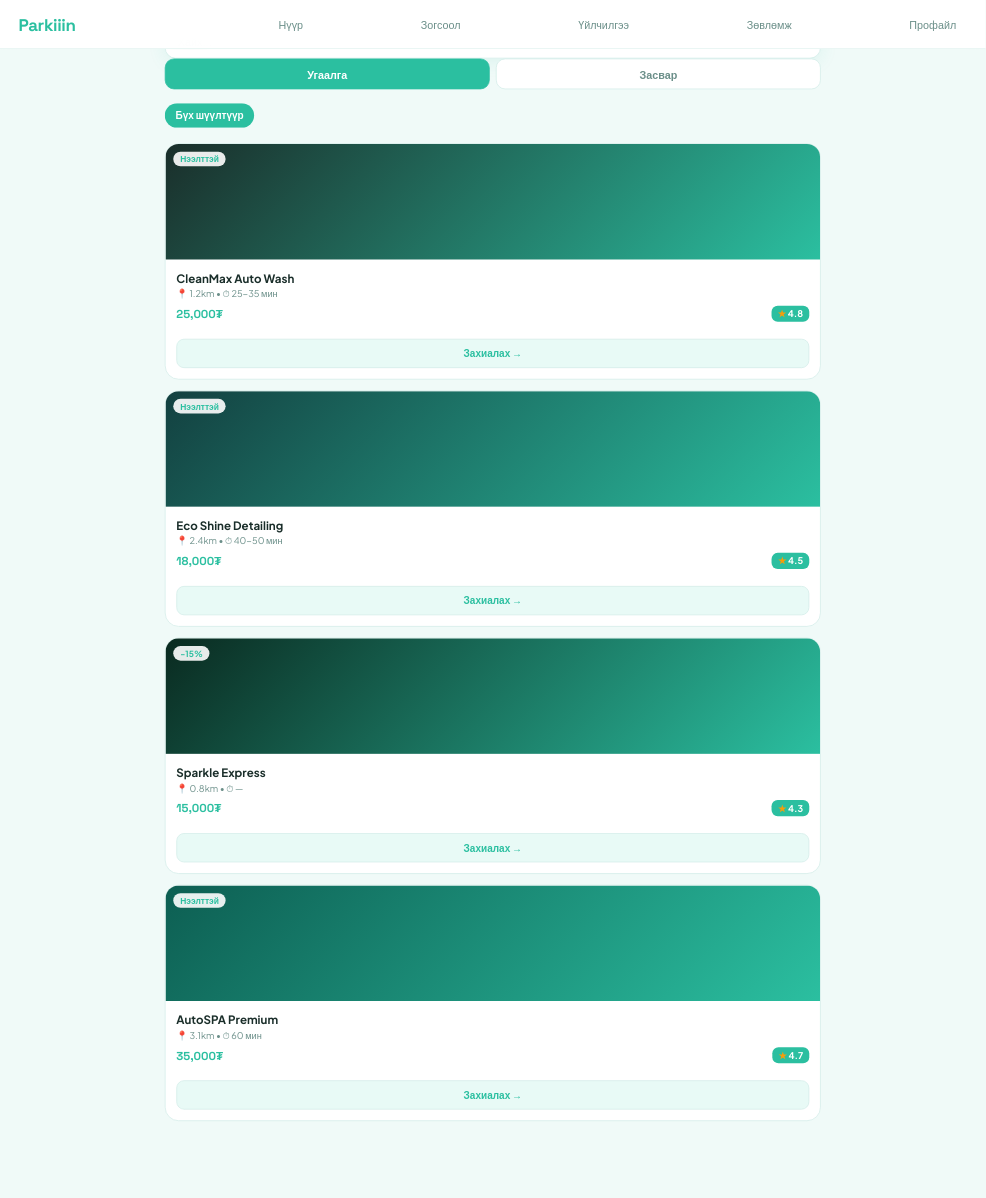
Repository: Enkhush03/Parkiiin_final
Page: / (app in frontend/)
The author's editor kept a copy of each file at every save. The page is drawn from the files as they stood at one save, then again after the next save.
The browser window is 1280 px wide. The pictures show the whole page, at 77% of full size.
The project was rebuilt for these pictures with package versions that can differ from the ones it lists, and the page was loaded fresh each time. Also part of the build but not shown: frontend/vite.config.js.

Above is the page before, as saved 2026-05-04 22:52:39.

After the next save:
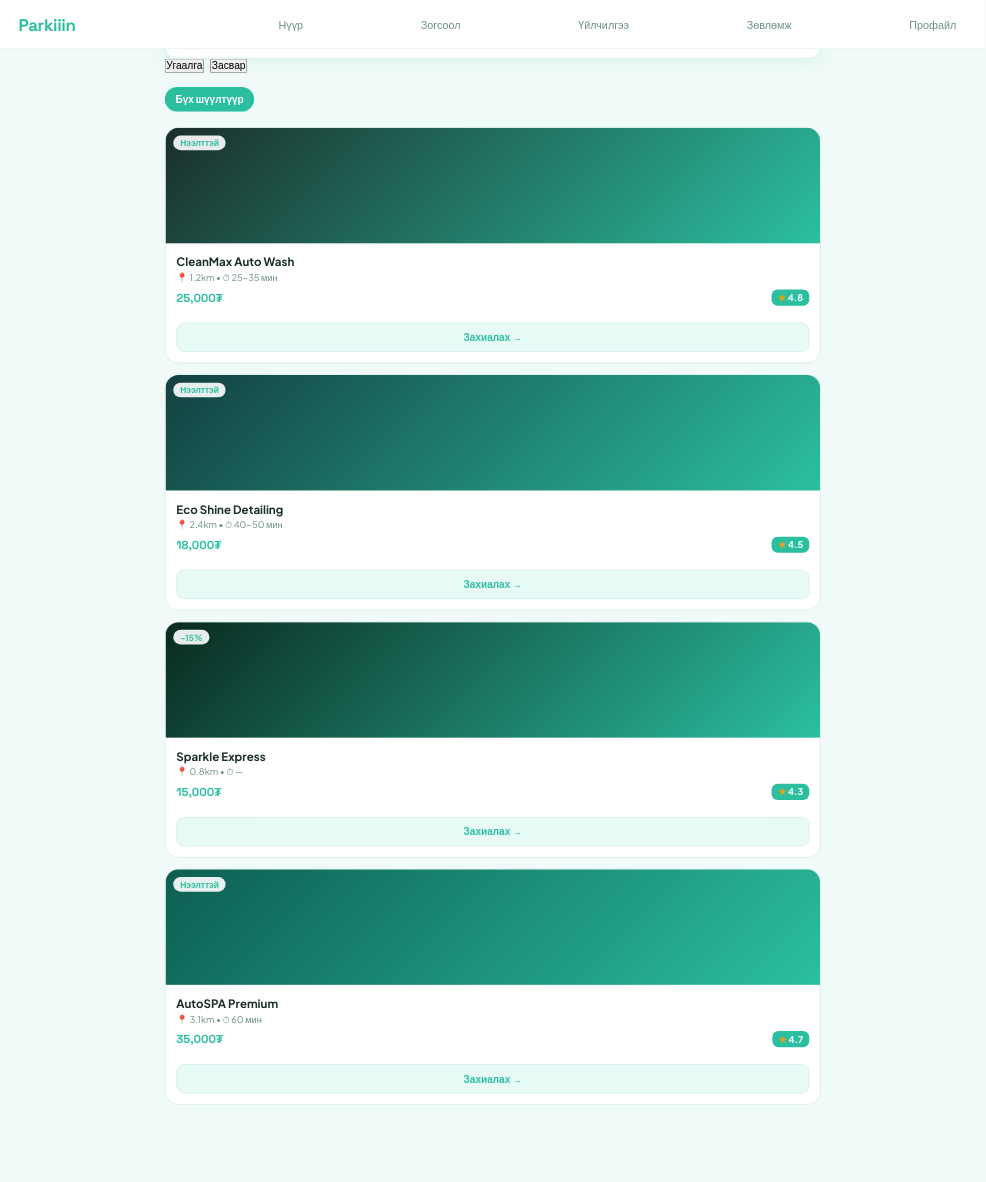
Saved 72 s later.
--- a/frontend/src/pages/nearby_washing.jsx
+++ b/frontend/src/pages/nearby_washing.jsx
@@ -65,9 +65,20 @@ s.name.toLocaleLowerCase().includes(query.toLocaleLowerCase())).filter((s) =>s.t
 
         {/*  Tabs (дараа component болгоно) */}
         <div className="service-tabs">
-          <button className="service-tab active">Угаалга</button>
-          <button className="service-tab">Засвар</button>
-        </div>
+  <button
+    className={activeTab === "wash" ? "active" : ""}
+    onClick={() => setActiveTab("wash")}
+  >
+    Угаалга
+  </button>
+
+  <button
+    className={activeTab === "repair" ? "active" : ""}
+    onClick={() => setActiveTab("repair")}
+  >
+    Засвар
+  </button>
+</div>
 
         {/*  Filter (түр орхиж болно) */}
         <div className="wash-filters">
